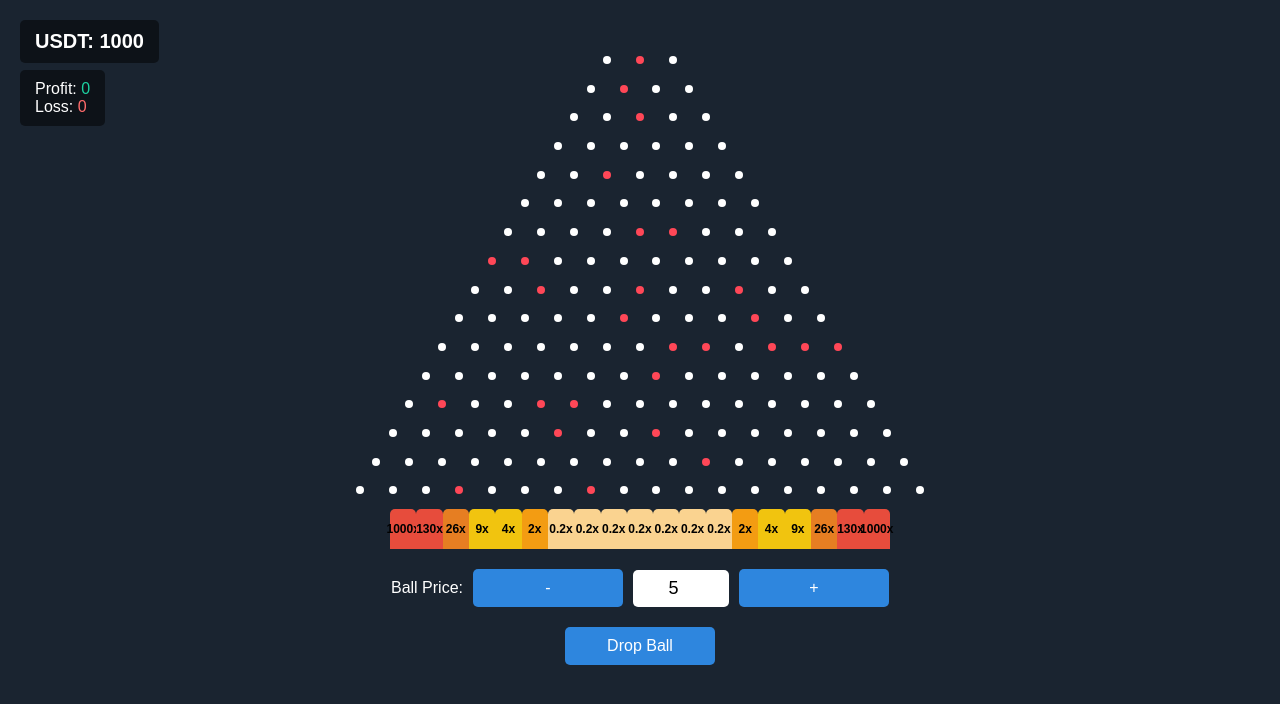
Repository: daffa-alif/PLINKO-JS
Page: plinko.html
An editor plug-in stored every save of this project. The page is shown before and after the next save, followed by the edit.
The browser window is 1280 px wide. The pictures show the whole page.

Above is the page before, as saved 2025-03-07 07:46:45.

After the next save:
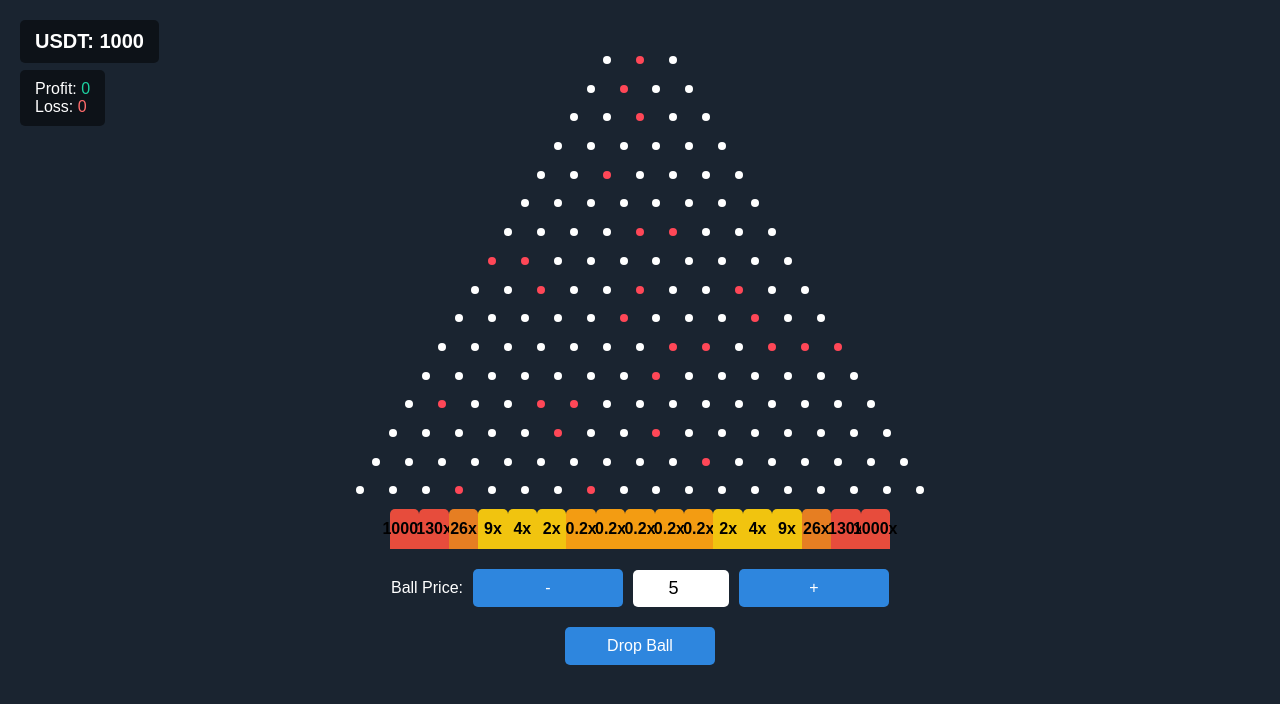
Saved 9 min 13 s later.
--- a/plinko.html
+++ b/plinko.html
@@ -64,12 +64,12 @@
         }
 
         .bucket {
+            width: 55px;
             height: 40px;
             display: flex;
             justify-content: center;
             align-items: center;
             font-weight: bold;
-            font-size: 12px;
             color: black;
             border-top-left-radius: 5px;
             border-top-right-radius: 5px;
@@ -212,8 +212,7 @@
             friction: 0.99,
             pegInfluence: 0.6,
             maxActiveBalls: 10,
-            // Updated multipliers to match the image exactly
-            multipliers: [1000, 130, 26, 9, 4, 2, 0.2, 0.2, 0.2, 0.2, 0.2, 0.2, 0.2, 2, 4, 9, 26, 130, 1000],
+            multipliers: [1000, 130, 26, 9, 4, 2, 0.2, 0.2, 0.2, 0.2, 0.2, 2, 4, 9, 26, 130, 1000], // Updated to match image
             horizontalSpacingFactor: 1.12
         };
 
@@ -223,7 +222,6 @@
         let ballPrice = 30;
         let activeBalls = [];
         let pegLayout = [];
-        let lastRowPegCount = 0; // Track the number of pegs in the last row
 
         // Initialize the board
         function initializeBoard() {
@@ -239,11 +237,6 @@
             for (let row = 0; row < config.rows; row++) {
                 // Calculate number of pegs in this row (increase by 1 for each row, starting with config.pegsStartCount)
                 const pegsInRow = config.pegsStartCount + row;
-
-                // Store the count of pegs in last row for bucket setup
-                if (row === config.rows - 1) {
-                    lastRowPegCount = pegsInRow;
-                }
 
                 // Calculate the starting position for the first peg in the row
                 const rowStartX = boardWidth / 2 - (horizontalSpacing * (pegsInRow - 1)) / 2;
@@ -283,43 +276,18 @@
             // Define colors for buckets based on multipliers
             const getColorForMultiplier = (multiplier) => {
                 if (multiplier >= 100) return '#e74c3c';      // Red for highest multipliers
-                if (multiplier >= 20) return '#e67e22';       // Orange for high multipliers
-                if (multiplier >= 4) return '#f1c40f';        // Yellow for medium multipliers
-                if (multiplier >= 1) return '#f39c12';        // Gold for low multipliers
-                return '#fad390';                             // Light gold for < 1 multipliers
+                if (multiplier >= 10) return '#e67e22';       // Orange for high multipliers
+                if (multiplier >= 2) return '#f1c40f';        // Yellow for medium multipliers
+                return '#f39c12';                             // Gold for low multipliers
             };
 
             // Add bucket divs to match the multipliers
-            // We need to ensure we have enough buckets for the bottom row of pegs (pegsInLastRow + 1)
-            const boardBottomY = boardHeight - 40; // Position for buckets
-            const bucketCount = lastRowPegCount + 1; // Need one more bucket than pegs in last row
-
-            // Check if we have enough multipliers for all buckets, otherwise adjust
-            while (config.multipliers.length < bucketCount) {
-                // Add more 0.2x in the middle if needed
-                const midIndex = Math.floor(config.multipliers.length / 2);
-                config.multipliers.splice(midIndex, 0, 0.2);
-            }
-
-            // If we have too many multipliers, trim the array
-            if (config.multipliers.length > bucketCount) {
-                // Adjust multipliers to match bucket count
-                const toRemove = config.multipliers.length - bucketCount;
-                const midIndex = Math.floor(config.multipliers.length / 2) - Math.floor(toRemove / 2);
-                config.multipliers.splice(midIndex, toRemove);
-            }
-
-            // Calculate bucket width
-            const bucketWidth = boardWidth / bucketCount;
-
-            // Create buckets
-            for (let i = 0; i < bucketCount; i++) {
+            for (let i = 0; i < config.multipliers.length; i++) {
                 const bucket = document.createElement('div');
                 bucket.className = 'bucket';
-                const multiplier = config.multipliers[i];
-                bucket.style.backgroundColor = getColorForMultiplier(multiplier);
-                bucket.textContent = `${multiplier}x`;
-                bucket.style.width = `${bucketWidth}px`;
+                bucket.style.backgroundColor = getColorForMultiplier(config.multipliers[i]);
+                bucket.textContent = `${config.multipliers[i]}x`;
+                bucket.style.width = `${boardWidth / config.multipliers.length}px`;
                 buckets.appendChild(bucket);
             }
 
@@ -473,11 +441,11 @@
 
                 // Check if ball reached bottom
                 if (ball.y > boardHeight - 60) {
-                    // Calculate which bucket the ball fell into based on the last row peg count
-                    const bucketWidth = boardWidth / (lastRowPegCount + 1);
+                    // Calculate which bucket the ball fell into
+                    const bucketWidth = boardWidth / config.multipliers.length;
                     const bucketIndex = Math.min(
                         Math.floor(ball.x / bucketWidth),
-                        lastRowPegCount
+                        config.multipliers.length - 1
                     );
 
                     // Apply multiplier to the bet
